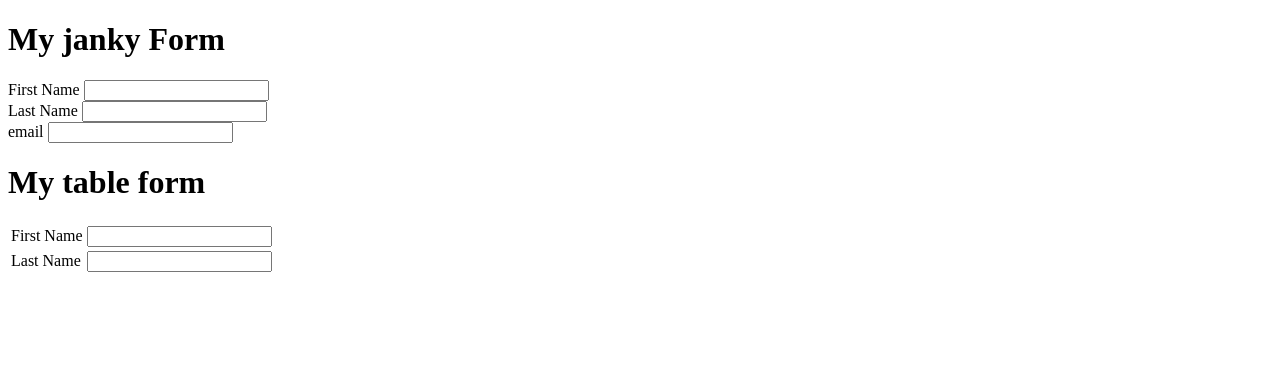
Repository: 3EyEdRav3n/10-2020-cohort-course
Page: week-1/day-2/Players/Classnotes-Table.html
An editor plug-in stored every save of this project. The page is shown before and after the next save, followed by the edit.
The browser window is 1280 px wide. The pictures show the whole page.

Above is the page before, as saved 2020-10-27 21:49:54.

### week-1/day-2/Players/Classnotes-Table.html
<!DOCTYPE html>
<html lang="en">
  <head>
    <meta charset="UTF-8" />
    <meta name="viewport" content="width=device-width, initial-scale=1.0" />
    <title>Table Practice</title>
  </head>
  <body>
    <h1>My janky Form</h1>

    <form action="#">
      <div>
        <label for="firstName">First Name</label>
        <input type="text" name="firstName" />
      </div>
      <div>
        <label for="lastName">Last Name</label>
        <input type="text" name="lastName" />
      </div>
      <div>
        <label for="email">email</label>
        <input type="text" name="email" />
      </div>
    </form>

    <h1>My table form</h1>

    <table>
      <tr>
        <td>
          <label for="firstName">First Name</label>
        </td>
        <td>
          <input type="text" name="firstName" />
        </td>
      </tr>
      <tr>
        <td>
          <label for="lastName">Last Name</label>
        </td>
        <td>
          <input type="text" name="lastName" />
        </td>
      </tr>
    </table>
  </body>
</html>

After the next save:
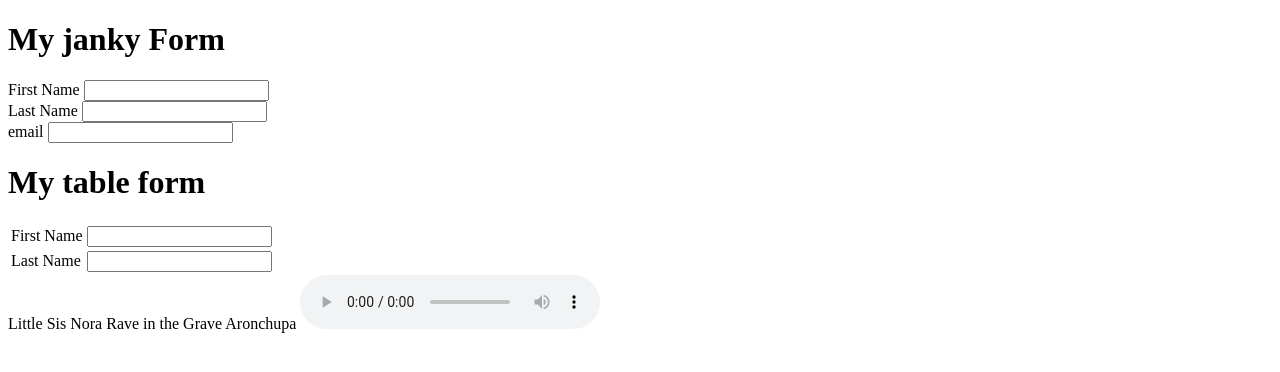
Saved 66 s later.
--- a/week-1/day-2/Players/Classnotes-Table.html
+++ b/week-1/day-2/Players/Classnotes-Table.html
@@ -43,5 +43,19 @@
         </td>
       </tr>
     </table>
+
+    <tbody>
+      <tr>
+        <td>Little Sis Nora</td>
+        <td>Rave in the Grave</td>
+        <td>Aronchupa</td>
+        <td>
+          <audio controls src="./RaveInTheGrave.mp3">
+            Your browser does not support the
+            <code>audio</code> element.
+          </audio>
+        </td>
+      </tr>
+    </tbody>
   </body>
 </html>
